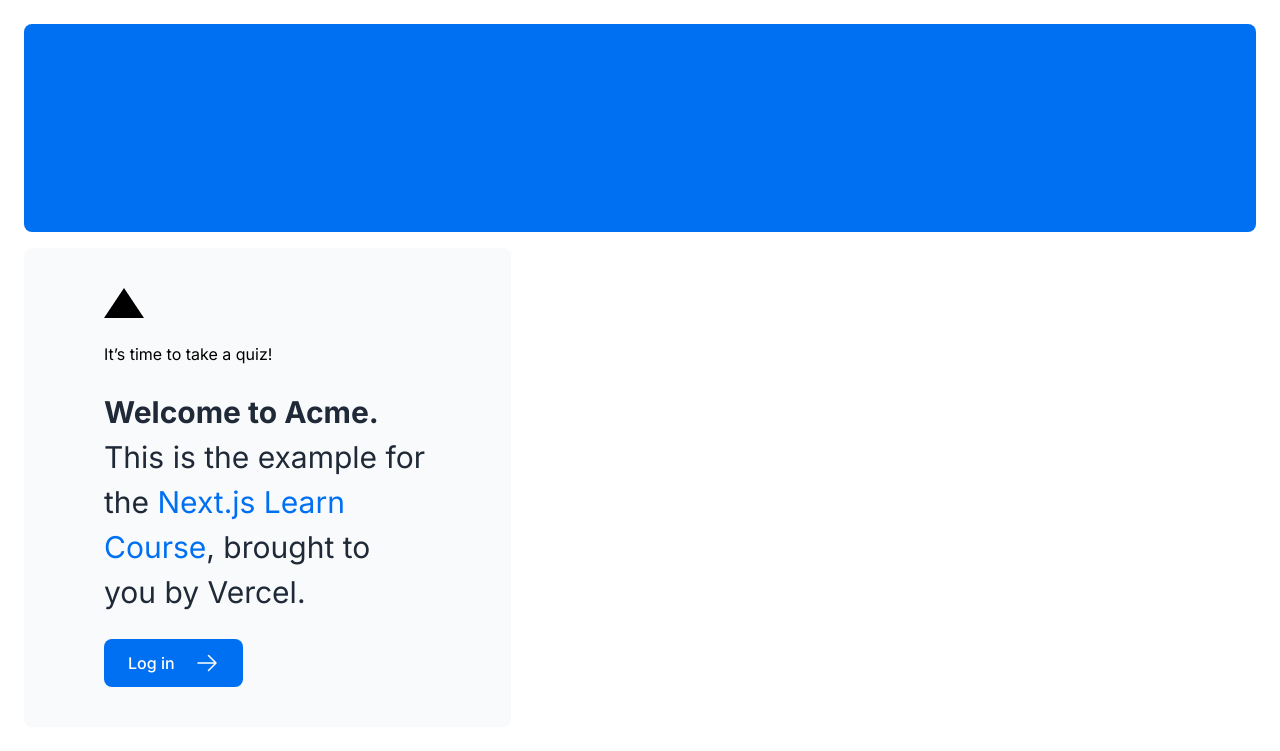
Repository: g-surkis/next-test-dashboard
Page: /
These files come from the project's save history. The page is drawn as it stood at one moment and after the next save; the edit follows.
The browser window is 1280 px wide. The pictures show the whole page.
Some web fonts or font styles are not loaded; a fallback is used. The project was rebuilt for these pictures with package versions that can differ from the ones it lists, and the page was loaded fresh each time. The framework's server and built-in components were replaced by stand-ins that run in the browser. Also part of the build but not shown: next.config.js.

Above is the page before, as saved 2023-11-09 23:39:49.

### app/page.tsx
import AcmeLogo from '@/app/ui/acme-logo';
import { ArrowRightIcon } from '@heroicons/react/24/outline';
import { lusitana } from '@/app/ui/fonts';

import Link from 'next/link';
export default function Page() {
  return (
    <main className="flex min-h-screen flex-col p-6">
      <div className="flex h-20 shrink-0 items-end rounded-lg bg-blue-500 p-4 md:h-52">
        {/* <AcmeLogo /> */}
      </div>
      <div className="mt-4 flex grow flex-col gap-4 md:flex-row">
        <div className="flex flex-col justify-center gap-6 rounded-lg bg-gray-50 px-6 py-10 md:w-2/5 md:px-20">
          <div
            className="h-0 w-0 border-b-[30px] border-l-[20px] border-r-[20px] border-b-black border-l-transparent border-r-transparent"
          />
          It’s time to take a quiz!
          <p className={`text-xl text-gray-800 md:text-3xl md:leading-normal`}>
            <strong>Welcome to Acme.</strong> This is the example for the{' '}
            <a href="https://nextjs.org/learn/" className="text-blue-500">
              Next.js Learn Course
            </a>
            , brought to you by Vercel.
          </p>
          <Link
            href="/login"
            className="flex items-center gap-5 self-start rounded-lg bg-blue-500 px-6 py-3 text-sm font-medium text-white transition-colors hover:bg-blue-400 md:text-base"
          >
            <span>Log in</span> <ArrowRightIcon className="w-5 md:w-6" />
          </Link>
        </div>
        <div className="flex items-center justify-center p-6 md:w-3/5 md:px-28 md:py-12">
          {/* Add Hero Images Here */}
        </div>
      </div>
    </main>
  );
}

### app/ui/fonts.ts
import { Inter } from 'next/font/google';
import { Lusitana } from 'next/font/google';



export const inter = Inter({ subsets: ['latin'] });
export const lusitana = Lusitana({ subsets: ['latin'],  weight: "400" });

Loaded but not shown: app/layout.tsx (common file); app/ui/global.css (common file); tailwind.config.ts (common file)

After the next save:
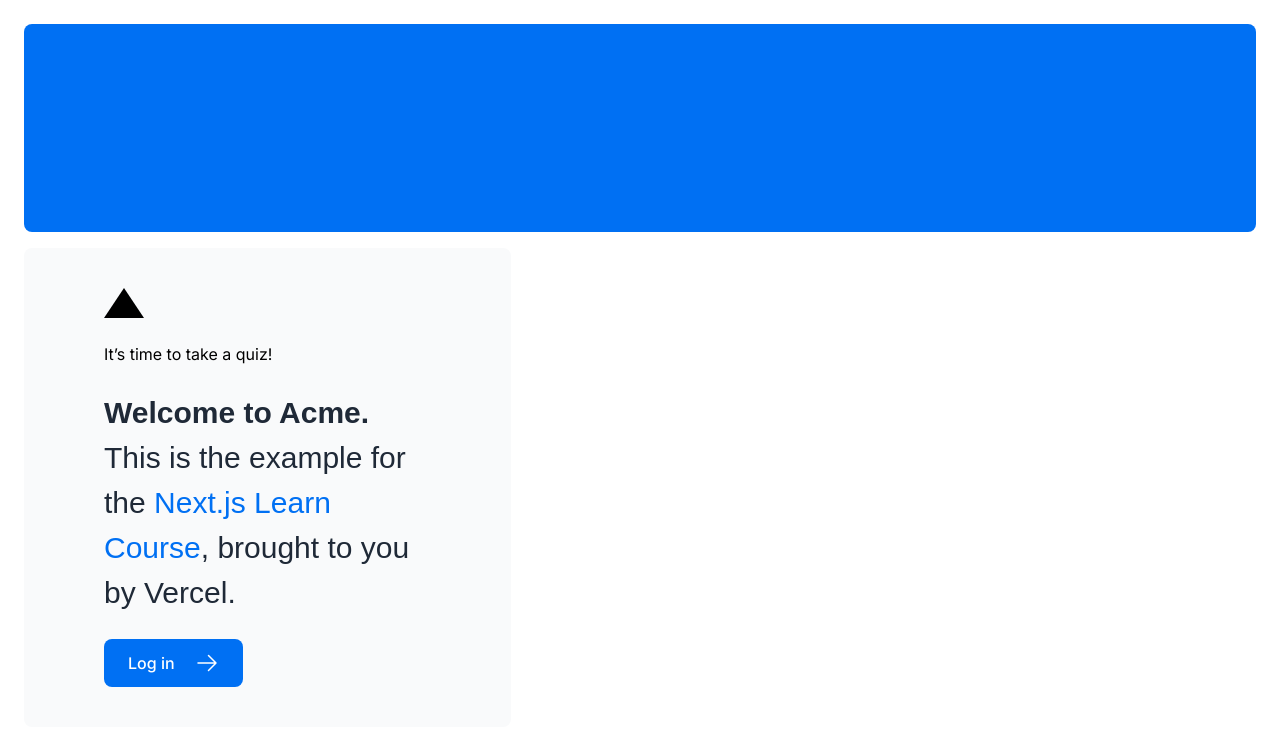
Saved 24 s later.
--- a/app/page.tsx
+++ b/app/page.tsx
@@ -15,7 +15,7 @@
             className="h-0 w-0 border-b-[30px] border-l-[20px] border-r-[20px] border-b-black border-l-transparent border-r-transparent"
           />
           It’s time to take a quiz!
-          <p className={`text-xl text-gray-800 md:text-3xl md:leading-normal`}>
+          <p className={`${lusitana.className} antialiased text-xl text-gray-800 md:text-3xl md:leading-normal`}>
             <strong>Welcome to Acme.</strong> This is the example for the{' '}
             <a href="https://nextjs.org/learn/" className="text-blue-500">
               Next.js Learn Course
